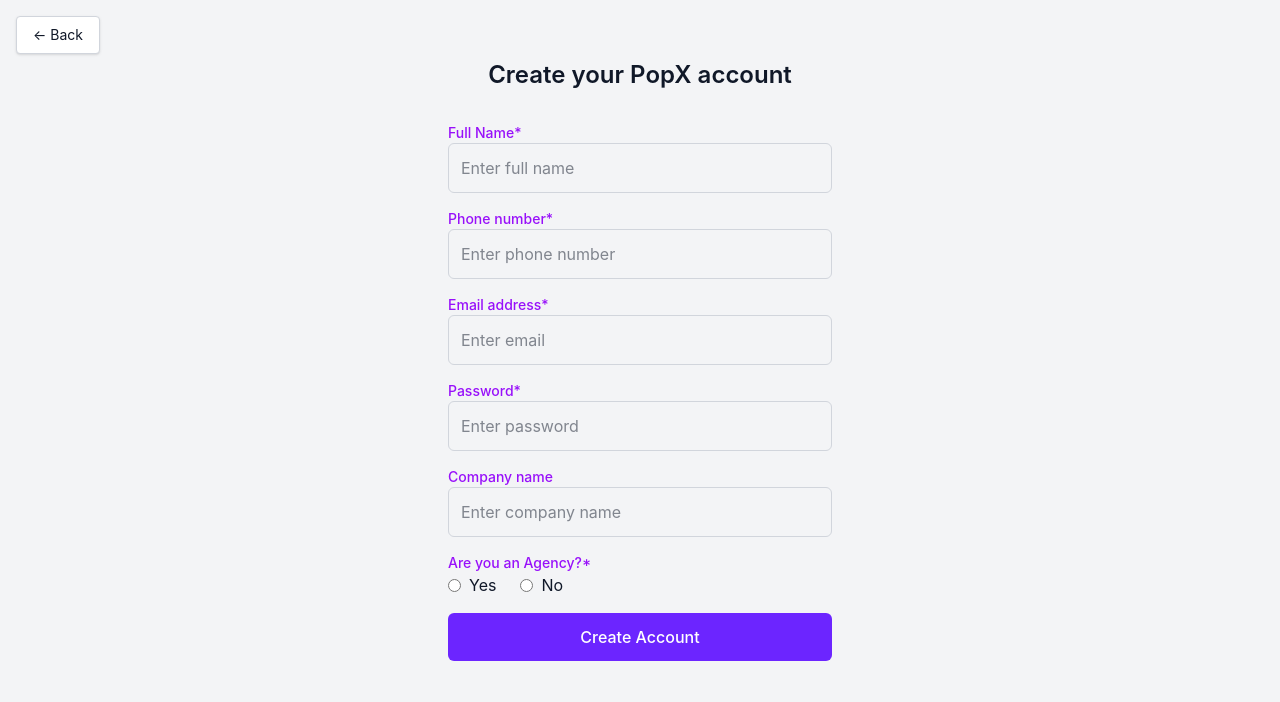
Repository: tanayburbure/inter
Page: /signup
The author's editor kept a copy of each file at every save. The page is drawn from the files as they stood at one save, then again after the next save.
The browser window is 1280 px wide. The pictures show the whole page.
The project was rebuilt for these pictures with package versions that can differ from the ones it lists, and the page was loaded fresh each time. Also part of the build but not shown: vite.config.js, src/pages/Welcome.jsx, src/pages/Login.jsx, src/pages/Account.jsx.

Above is the page before, as saved 2025-06-17 22:48:38.

After the next save:
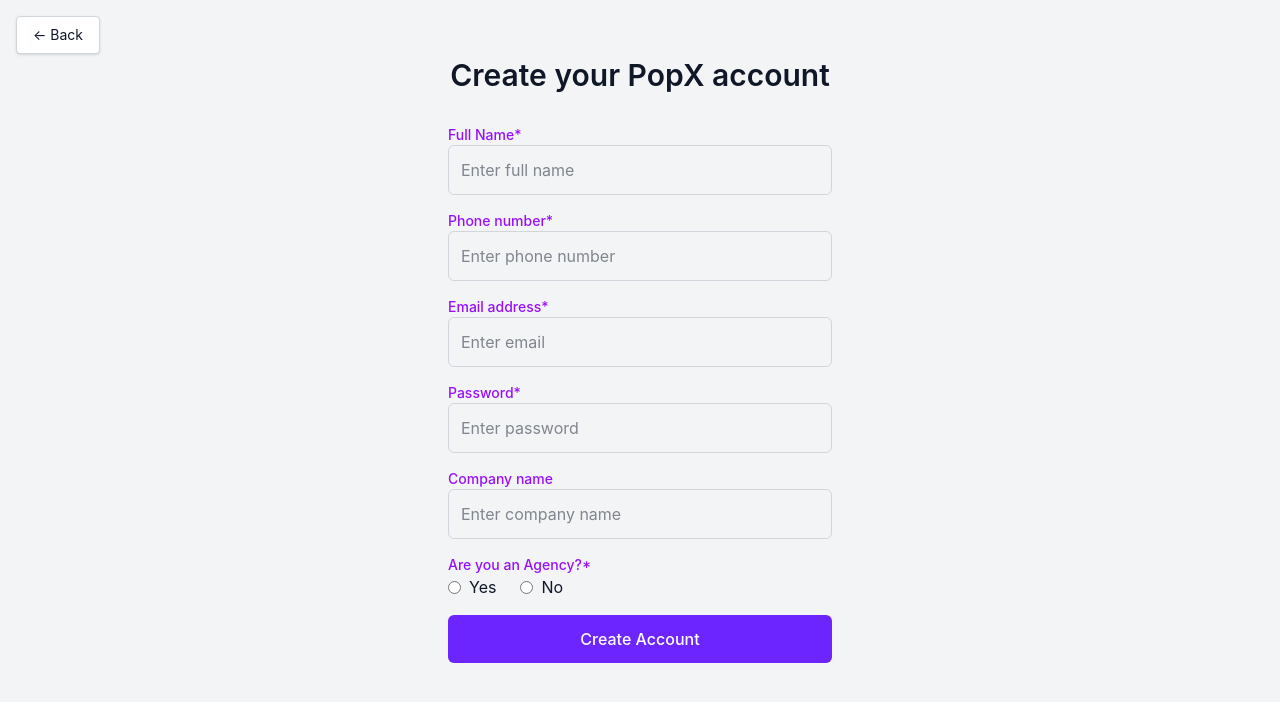
Saved 16 s later.
--- a/src/pages/Signup.jsx
+++ b/src/pages/Signup.jsx
@@ -25,7 +25,7 @@
   return (
     <div className="min-h-screen flex items-center justify-center px-4 py-12 sm:px-6 lg:px-8">
       <div className="w-full max-w-sm space-y-8">
-        <h2 className="text-center text-2xl font-semibold text-gray-900">
+        <h2 className="text-center text-3xl font-semibold text-gray-900">
           Create your PopX account
         </h2>
         <form className="space-y-4" onSubmit={handleSubmit}>
